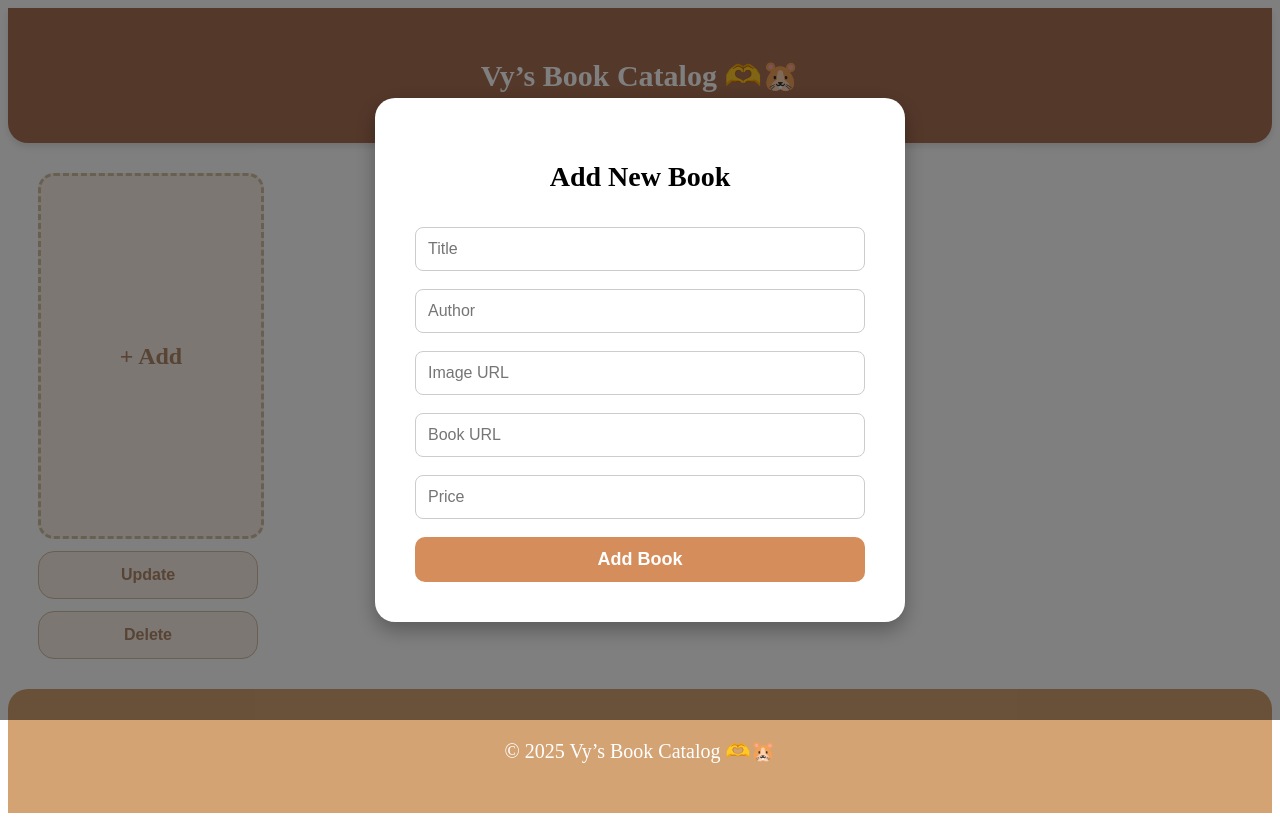
Repository: CucVyTrinh/book-catalog-v6
Page: /, after clicking the first element matching `div.add-button`
The author's editor kept a copy of each file at every save. The page is drawn from the files as they stood at one save, then again after the next save.
The browser window is 1280 px wide. The pictures show the whole page.
The project was rebuilt for these pictures with package versions that can differ from the ones it lists, and the page was loaded fresh each time. Also part of the build but not shown: vite.config.js, src/index.css, src/components/Book.jsx.

Above is the page before, as saved 2025-10-26 22:12:01.

After the next save:
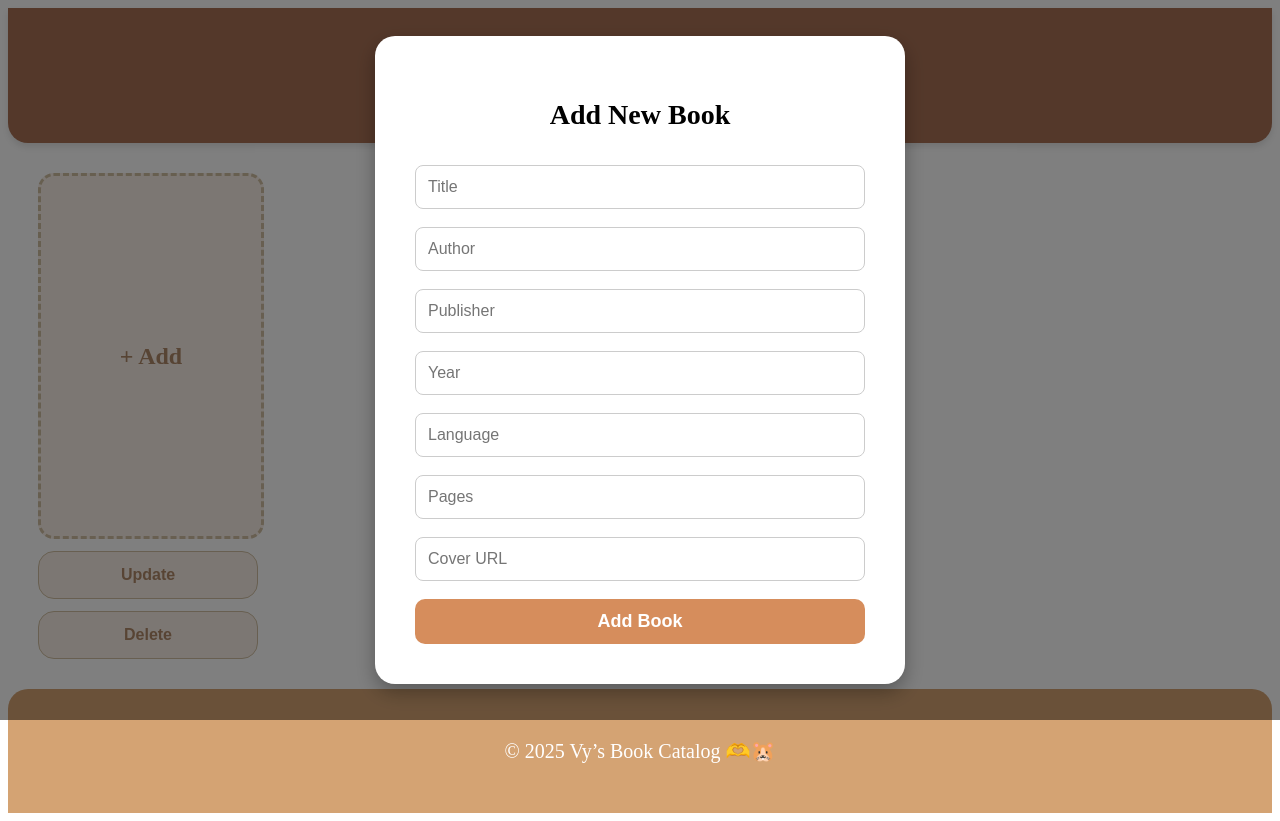
Saved 7 min 12 s later.
--- a/src/components/AddBookModal.jsx
+++ b/src/components/AddBookModal.jsx
@@ -20,19 +20,31 @@ export default function AddBookModal({ open, form, setForm, onClose, onSubmit })
           required
         />
         <input
-          placeholder="Image URL"
-          value={form.image}
-          onChange={(e) => setForm({ ...form, image: e.target.value })}
+          placeholder="Publisher"
+          value={form.publisher}
+          onChange={(e) => setForm({ ...form, publisher: e.target.value })}
         />
         <input
-          placeholder="Book URL"
-          value={form.url}
-          onChange={(e) => setForm({ ...form, url: e.target.value })}
+          placeholder="Year"
+          type="number"
+          value={form.year}
+          onChange={(e) => setForm({ ...form, year: e.target.value })}
         />
         <input
-          placeholder="Price"
-          value={form.price}
-          onChange={(e) => setForm({ ...form, price: e.target.value })}
+          placeholder="Language"
+          value={form.language}
+          onChange={(e) => setForm({ ...form, language: e.target.value })}
+        />
+        <input
+          placeholder="Pages"
+          type="number"
+          value={form.pages}
+          onChange={(e) => setForm({ ...form, pages: e.target.value })}
+        />
+        <input
+          placeholder="Cover URL"
+          value={form.coverUrl}
+          onChange={(e) => setForm({ ...form, coverUrl: e.target.value })}
         />
         <button type="submit">Add Book</button>
       </form>
